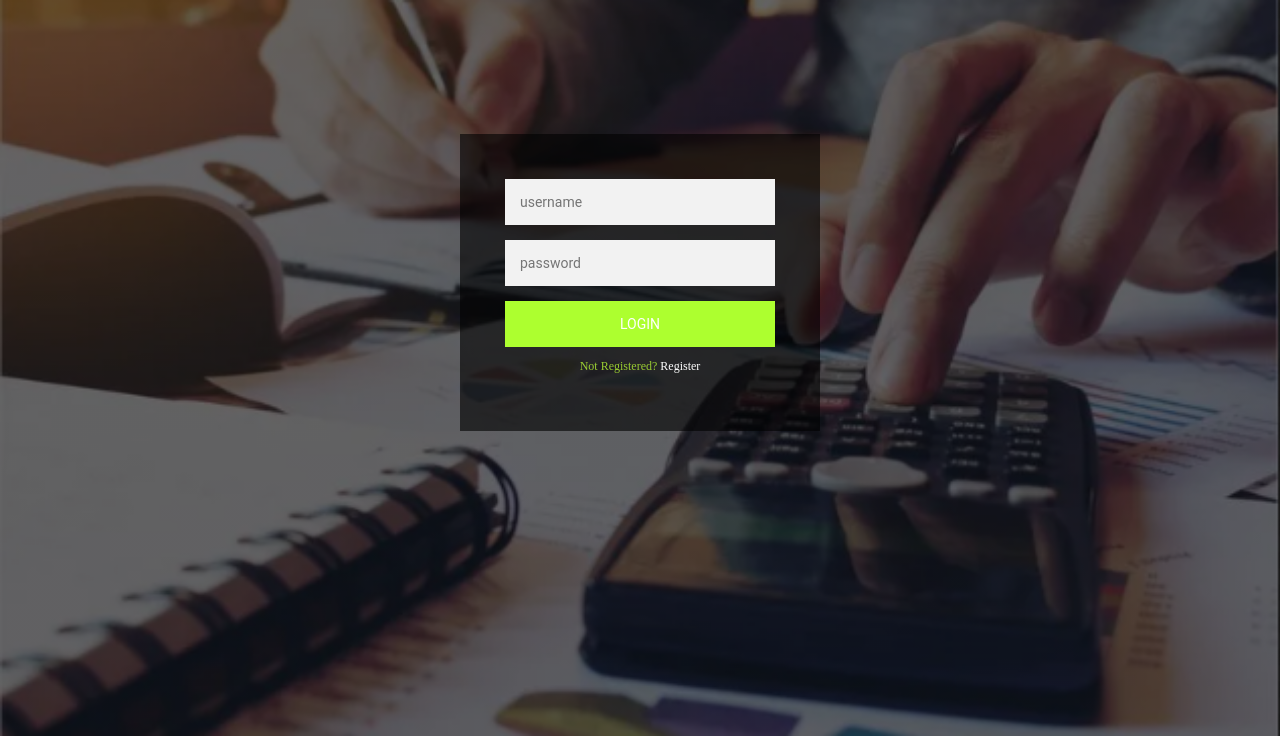
Repository: rambo1022/Project-1
Page: index.html
These files come from the project's save history. The page is drawn as it stood at one moment and after the next save; the edit follows.
The browser window is 1280 px wide. The pictures show the whole page.

Above is the page before, as saved 2019-12-01 21:02:07.

After the next save:
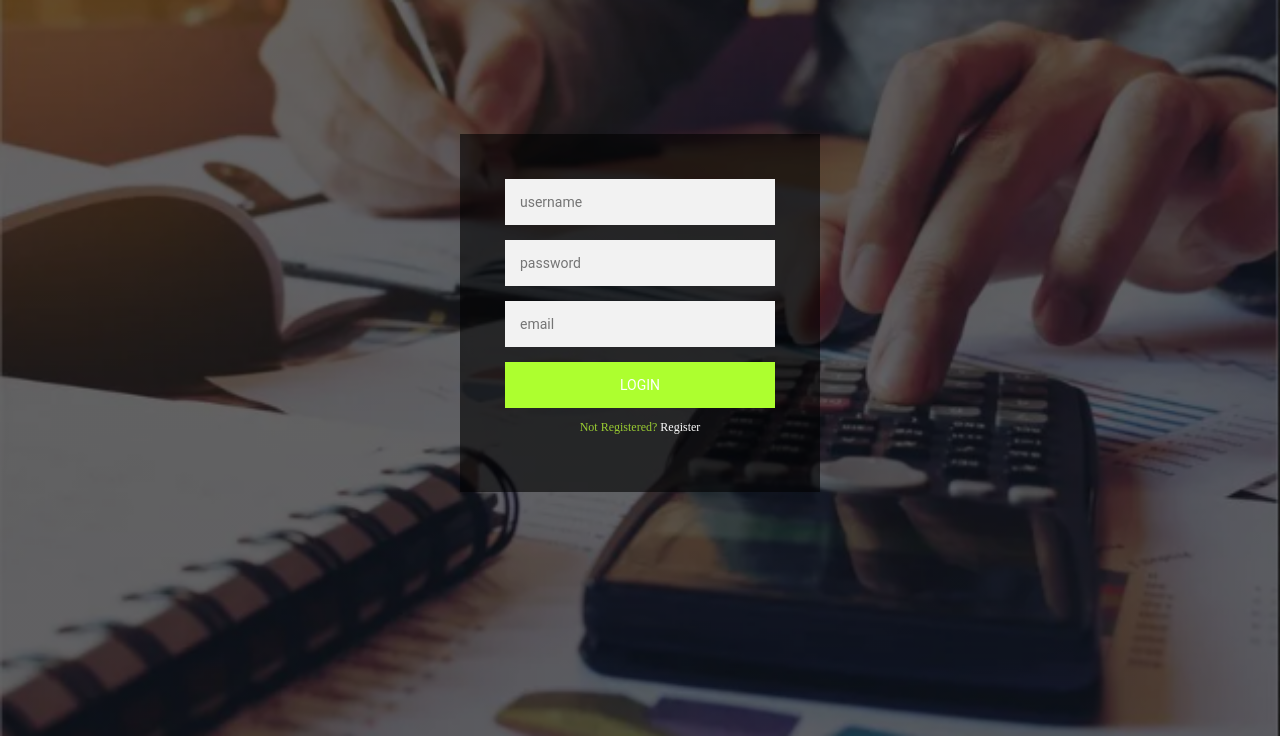
Saved 89 s later.
--- a/index.html
+++ b/index.html
@@ -16,6 +16,7 @@
     <form class="login-form">
     <input type="text" placeholder="username"/>
     <input type="password" placeholder="password"/>
+    <input type="email" placeholder="email"/>
     <button>Login</button>
     <p class="message"> Not Registered? <a href="../Project-1/register.html">Register</a>
     </p>

After the save that followed:
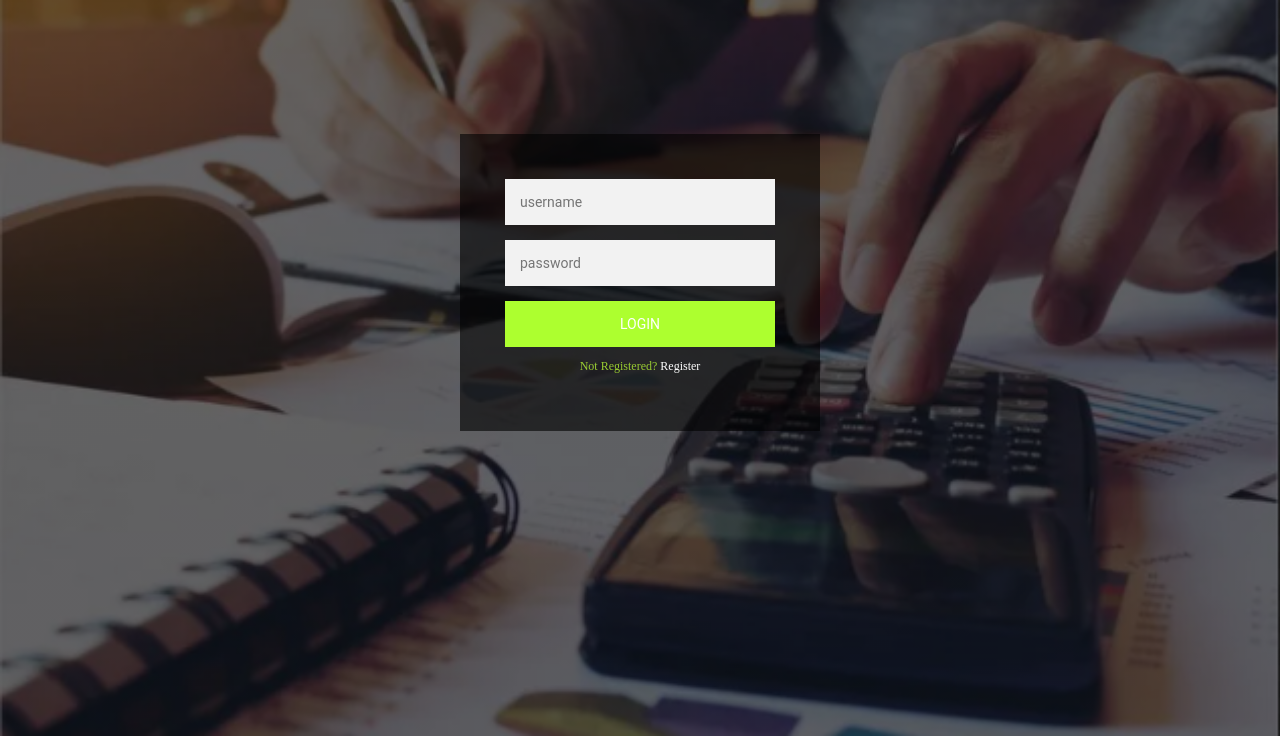
Saved 78 s later.
--- a/index.html
+++ b/index.html
@@ -16,7 +16,6 @@
     <form class="login-form">
     <input type="text" placeholder="username"/>
     <input type="password" placeholder="password"/>
-    <input type="email" placeholder="email"/>
     <button>Login</button>
     <p class="message"> Not Registered? <a href="../Project-1/register.html">Register</a>
     </p>
